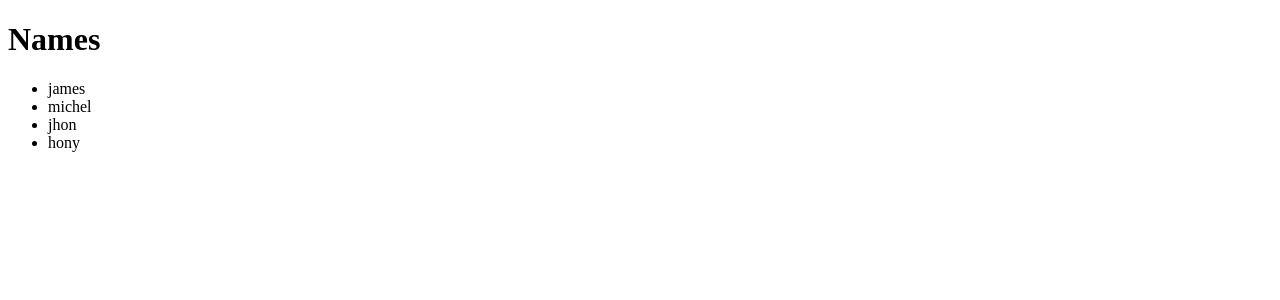
Repository: Sahanaranjith/php_projectgh
Page: http://localhost/names.php
These files come from the project's save history. The page is drawn as it stood at one moment and after a run of saves; the edit follows.
The browser window is 1280 px wide. The pictures show the whole page.
The page is run by PHP 8.4 with error messages shown; the project is at /var/www/html/.

Above is the page before, as saved 2022-12-14 12:33:38.

After the next 6 saves:
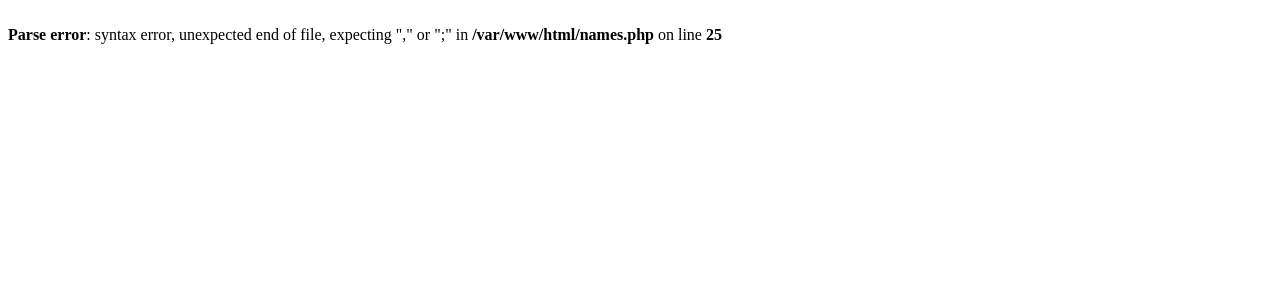
The 6 saves are shown as one change because they came seconds apart.
The last was saved 15 s later.
--- a/names.php
+++ b/names.php
@@ -22,4 +22,4 @@
 
 </body>
 </html>
-<?
+<?= count($names)
